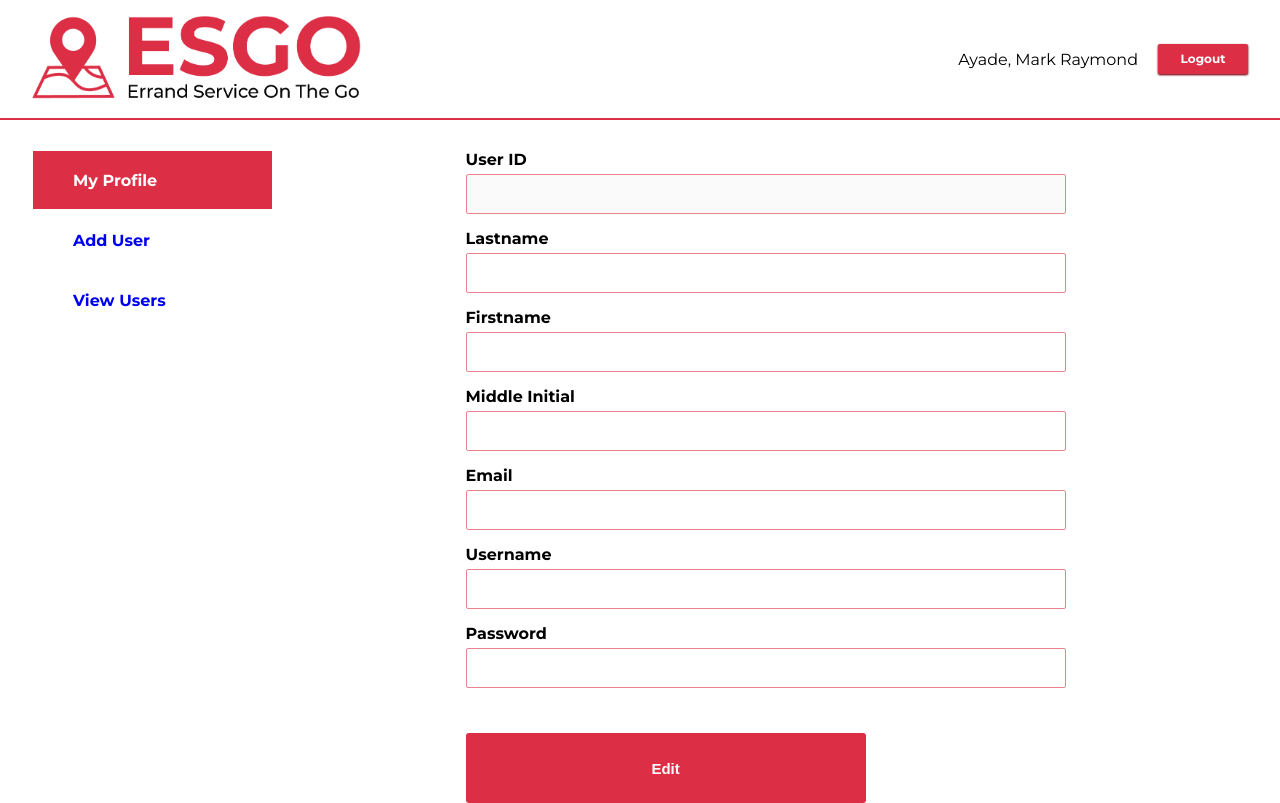
Repository: azkalonz/Int-Prog-2
Page: http://localhost/Int_Prog_2/?page=home
These files come from the project's save history. The page is drawn as it stood at one moment and after the next save; the edit follows.
The browser window is 1280 px wide. The pictures show the whole page.
The page is served by Tomcat 9.

Above is the page before, as saved 2021-03-30 05:40:49.

After the next save:
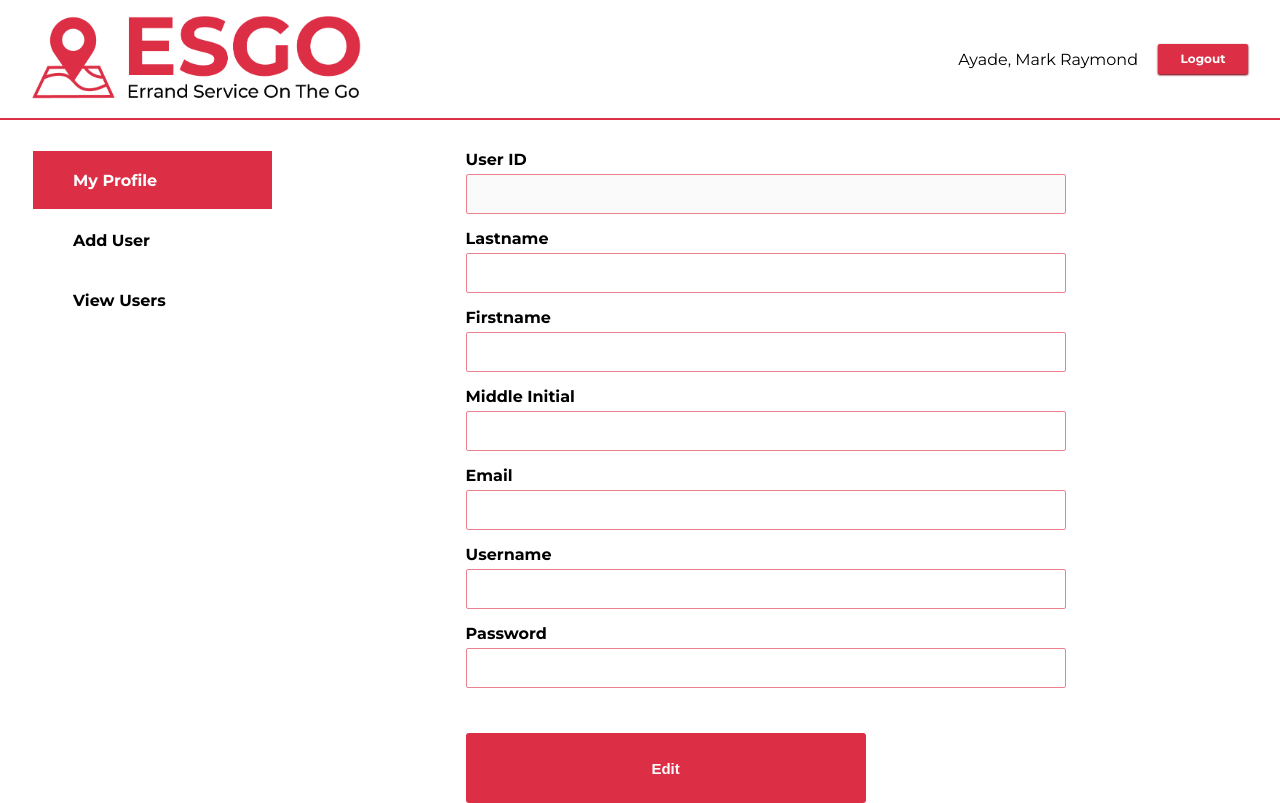
Saved 26 s later.
--- a/Int Prog 2/WebContent/css/style.css
+++ b/Int Prog 2/WebContent/css/style.css
@@ -8,6 +8,7 @@
 
 a:link {
 	text-decoration: none;
+	color: #000;
 }
 
 body {
